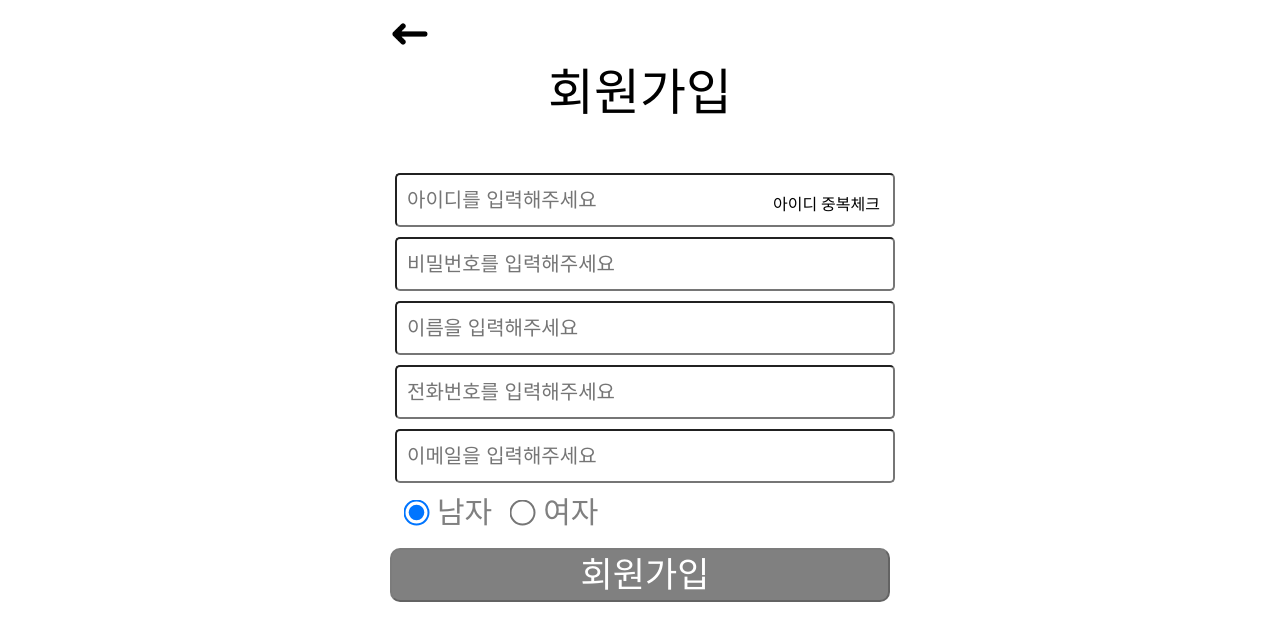
Repository: jaehunjeong4103/WebProject
Page: http://localhost/Web/view/member/register?id=1
The author's editor kept a copy of each file at every save. The page is drawn from the files as they stood at one save, then again after the next save.
The browser window is 1280 px wide. The pictures show the whole page.
Some web fonts or font styles are not loaded; a fallback is used. The page is served by Tomcat 9.

Above is the page before, as saved 2023-06-05 08:20:38.

After the next save:
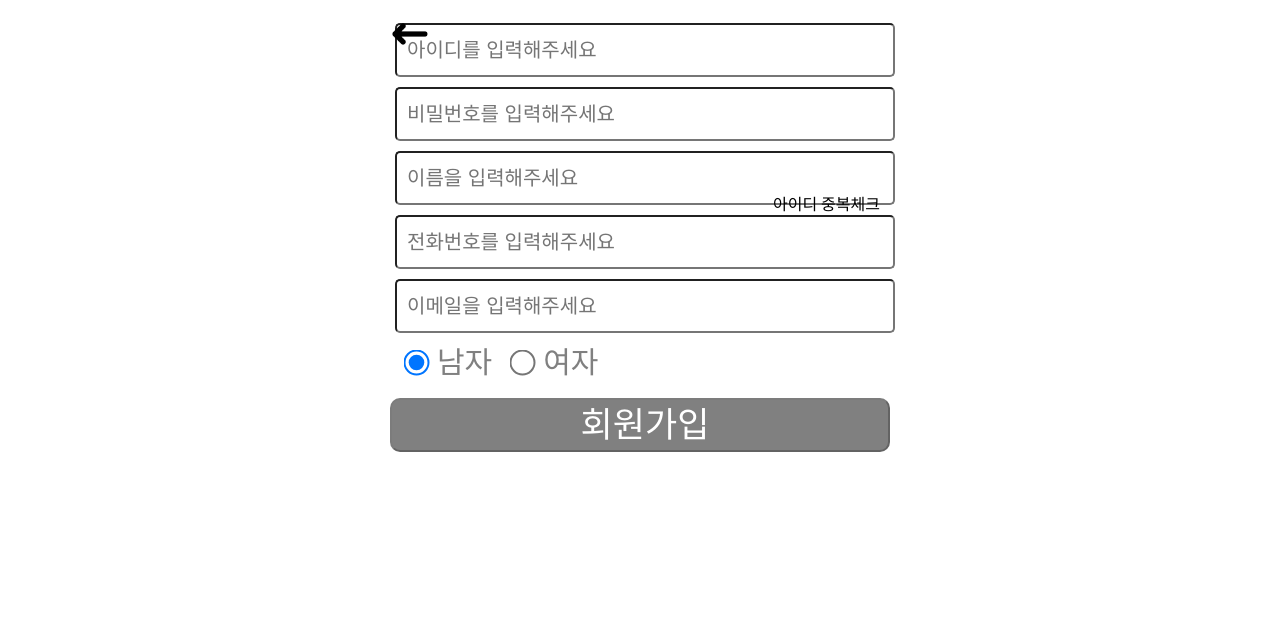
Saved 86 s later.
--- a/Web/src/main/webapp/WEB-INF/view/member/register.jsp
+++ b/Web/src/main/webapp/WEB-INF/view/member/register.jsp
@@ -16,7 +16,14 @@
 		<header>
 			<div id="arrow_body">
 				<button onclick="history.back()"><image src="../../images/direction-arrow.png" alt="화살표" id="arrow"/></button>
-			<div id="title">회원가입</div>
+			<c:choose>
+				<c:when test="${id==1}">
+					<div id="title">회원가입</div>
+				</c:when>
+				<c:when test="${id==2}">
+					<div id="title">회원수정</div>
+				</c:when>
+			</c:choose>
 		</header>
 		<form action="register" method="post">
 			<section>

After the 4 saves that followed:
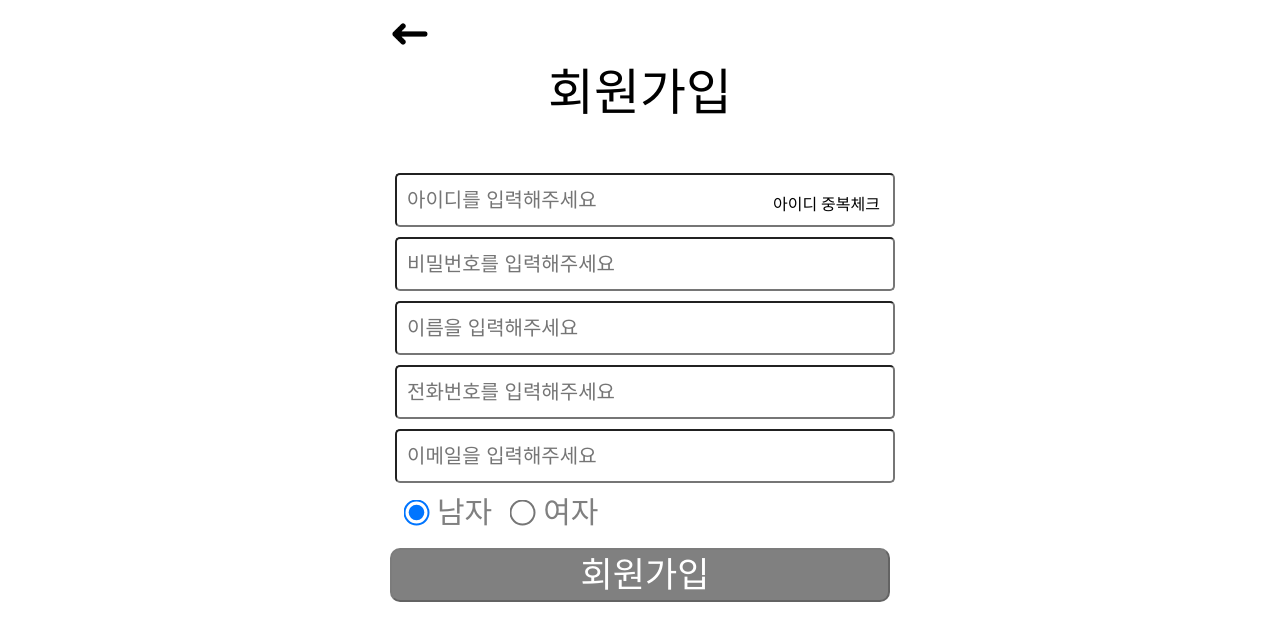
The 4 saves are shown as one change because 3 left the picture as it was.
The last was saved 6 min 2 s later.
--- a/Web/src/main/webapp/WEB-INF/view/member/register.jsp
+++ b/Web/src/main/webapp/WEB-INF/view/member/register.jsp
@@ -16,14 +16,15 @@
 		<header>
 			<div id="arrow_body">
 				<button onclick="history.back()"><image src="../../images/direction-arrow.png" alt="화살표" id="arrow"/></button>
-			<c:choose>
-				<c:when test="${id==1}">
-					<div id="title">회원가입</div>
-				</c:when>
-				<c:when test="${id==2}">
-					<div id="title">회원수정</div>
-				</c:when>
-			</c:choose>
+				<c:choose>
+					<c:when test="${param.id=='1'}">
+						<div id="title">회원가입</div>
+					</c:when>
+					<c:when test="${param.id=='2'}">
+						<div id="title">회원수정</div>
+					</c:when>
+				</c:choose>
+			</div>
 		</header>
 		<form action="register" method="post">
 			<section>
